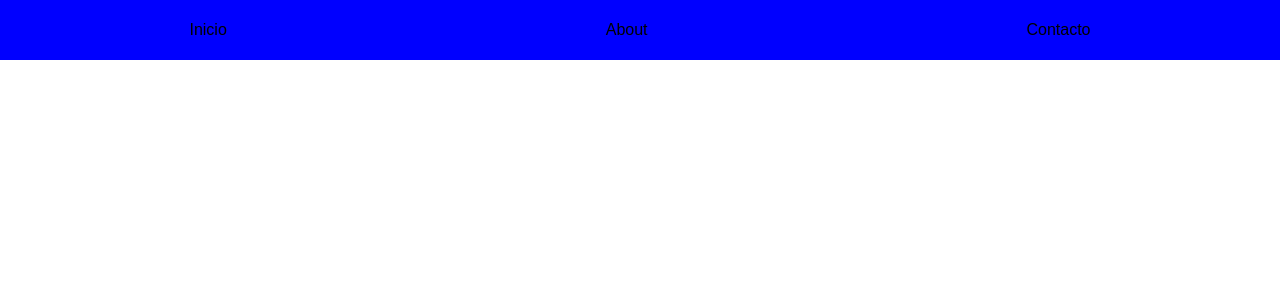
Repository: Toydrum/React-HectorCoronado
Page: /
The author's editor kept a copy of each file at every save. The page is drawn from the files as they stood at one save, then again after the next save.
The browser window is 1280 px wide. The pictures show the whole page.
The project was rebuilt for these pictures with package versions that can differ from the ones it lists, and the page was loaded fresh each time. Also part of the build but not shown: src/components/Navbar/Navbar.css.

Above is the page before, as saved 2023-06-03 05:39:37.

### src/App.js
import React from 'react'
import './App.css';

//Components
import NavBar from "./components/NavBar/NavBar"



function App() {
  return (
    <div className="App">
      <NavBar />
    </div>
  );
}

export default App;

### src/components/Navbar/Navbar.js
import React from 'react'
import "./NavBar.css"

const styles = {
  NavBar: {
    display: "flex",
    justifyContent: "space-around",
    alignItems: "center",
    listStyleType: "none",
    fontFamily: "sans-serif",
    backgroundColor: "blue",
    margin:0,
    padding:0,
    height:60
  }
}


const NavBar =() => {
  return (
    <nav>
      <ul style={styles.NavBar}>
        <li>Inicio</li>
        <li>About</li>
        <li>Contacto</li>
      </ul>
    </nav>
  )
}

export default NavBar

Loaded but not shown: public/index.html (common file); src/index.js (common file); src/index.css (common file); src/App.css (common file)

After the next save:
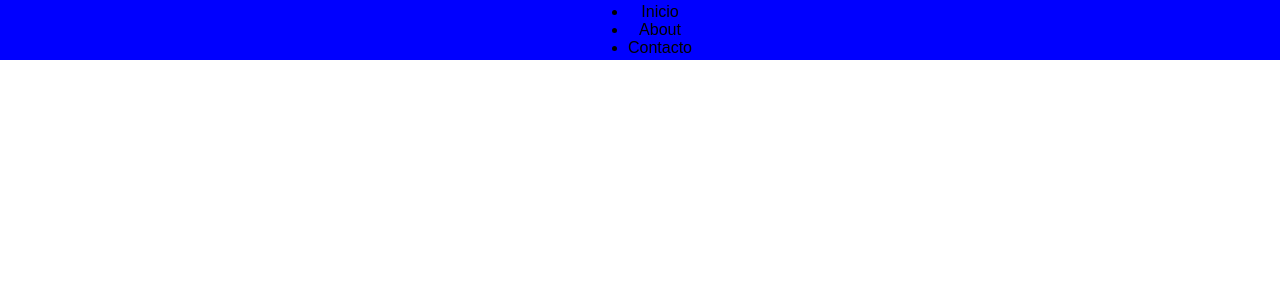
Saved 39 s later.
--- a/src/components/Navbar/Navbar.js
+++ b/src/components/Navbar/Navbar.js
@@ -18,8 +18,8 @@ const styles = {
 
 const NavBar =() => {
   return (
-    <nav>
-      <ul style={styles.NavBar}>
+    <nav style={styles.NavBar}>
+      <ul>
         <li>Inicio</li>
         <li>About</li>
         <li>Contacto</li>
